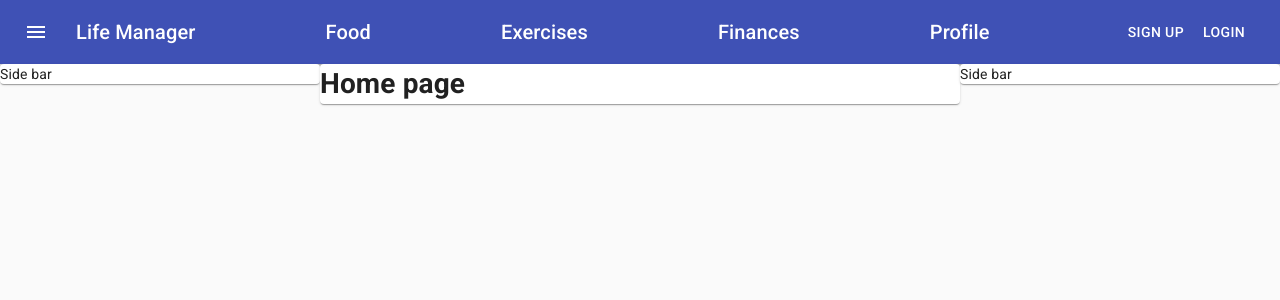
Repository: DaNiels89/lifemanagerreact
Page: /about
An editor plug-in stored every save of this project. The page is shown before and after the next save, followed by the edit.
The browser window is 1280 px wide. The pictures show the whole page.
The project was rebuilt for these pictures with package versions that can differ from the ones it lists, and the page was loaded fresh each time. Also part of the build but not shown: src/assets/css/UserDetails.css, src/assets/components/CountrySelect.js, src/assets/components/5_profile/ErrorMessage.js, src/assets/components/UserDetails.js.

Above is the page before, as saved 2020-03-17 15:48:30.

After the next save:
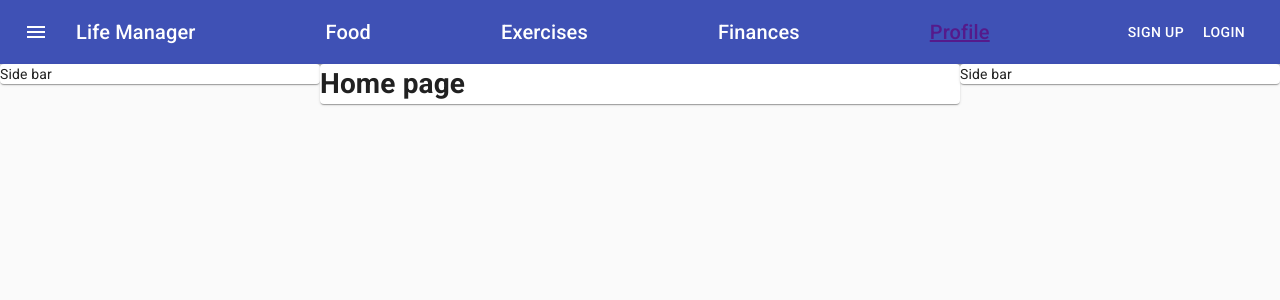
Saved 2 min 46 s later.
--- a/src/assets/components/layout/Header.js
+++ b/src/assets/components/layout/Header.js
@@ -2,8 +2,8 @@
 import {
   BrowserRouter as Router,
   Switch,
-  Route
-  // Link
+  Route,
+  Link as RouterLink
 } from 'react-router-dom';
 
 import UserDetails from '../UserDetails';
@@ -67,9 +67,13 @@
               </Link>
             </Typography>
             <Typography variant="h6" className={classes.title}>
-              <Link href="/profile" onClick={preventDefault} color="inherit">
+              <RouterLink
+                href="/profile"
+                onClick={preventDefault}
+                color="inherit"
+              >
                 Profile
-              </Link>
+              </RouterLink>
             </Typography>
             <Button color="inherit">Sign up</Button>
             <Button color="inherit">Login</Button>

After the save that followed:
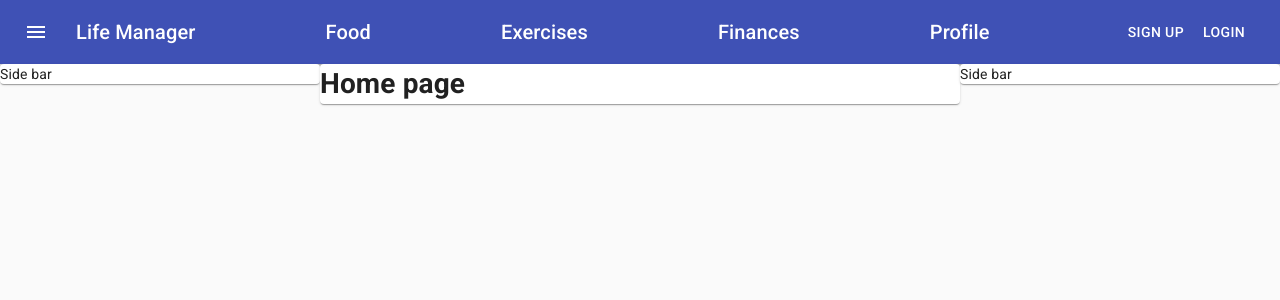
Saved 37 s later.
--- a/src/assets/components/layout/Header.js
+++ b/src/assets/components/layout/Header.js
@@ -67,13 +67,9 @@
               </Link>
             </Typography>
             <Typography variant="h6" className={classes.title}>
-              <RouterLink
-                href="/profile"
-                onClick={preventDefault}
-                color="inherit"
-              >
+              <Link href="/profile" onClick={preventDefault} color="inherit">
                 Profile
-              </RouterLink>
+              </Link>
             </Typography>
             <Button color="inherit">Sign up</Button>
             <Button color="inherit">Login</Button>
